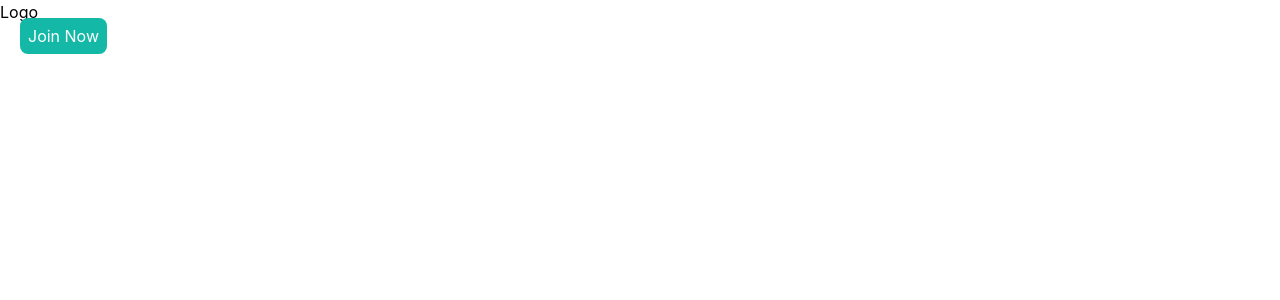
Repository: arafatmollah/auth-app
Page: /
These files come from the project's save history. The page is drawn as it stood at one moment and after the next save; the edit follows.
The browser window is 1280 px wide. The pictures show the whole page.
The project was rebuilt for these pictures with package versions that can differ from the ones it lists, and the page was loaded fresh each time. The framework's server and built-in components were replaced by stand-ins that run in the browser. Also part of the build but not shown: next.config.js.

Above is the page before, as saved 2022-10-03 16:07:16.

After the next save:
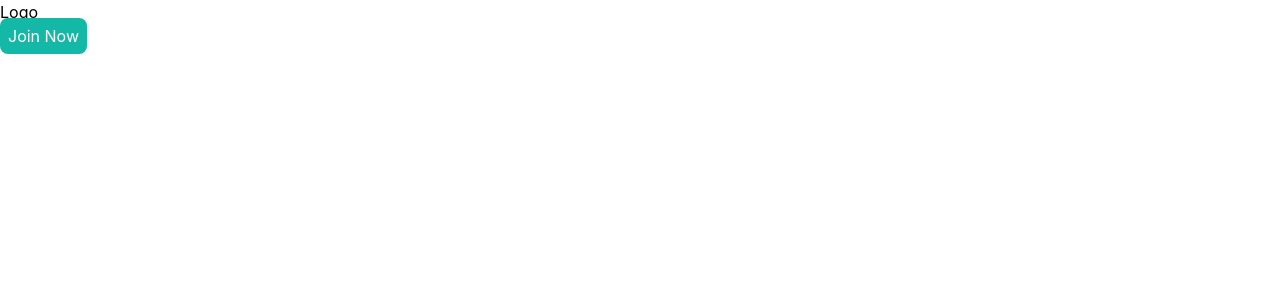
Saved 4 s later.
--- a/components/Nav.js
+++ b/components/Nav.js
@@ -7,7 +7,7 @@ function Nav() {
         <Link href="/">Logo</Link>
         <ul>
             <Link href="/auth">
-            <a className='p-2 bg-teal-500 m-5 rounded-lg text-white'>Join Now</a>
+            <a className='p-2 bg-teal-500 my-5 rounded-lg text-white'>Join Now</a>
             </Link>
         </ul>
     </div>
